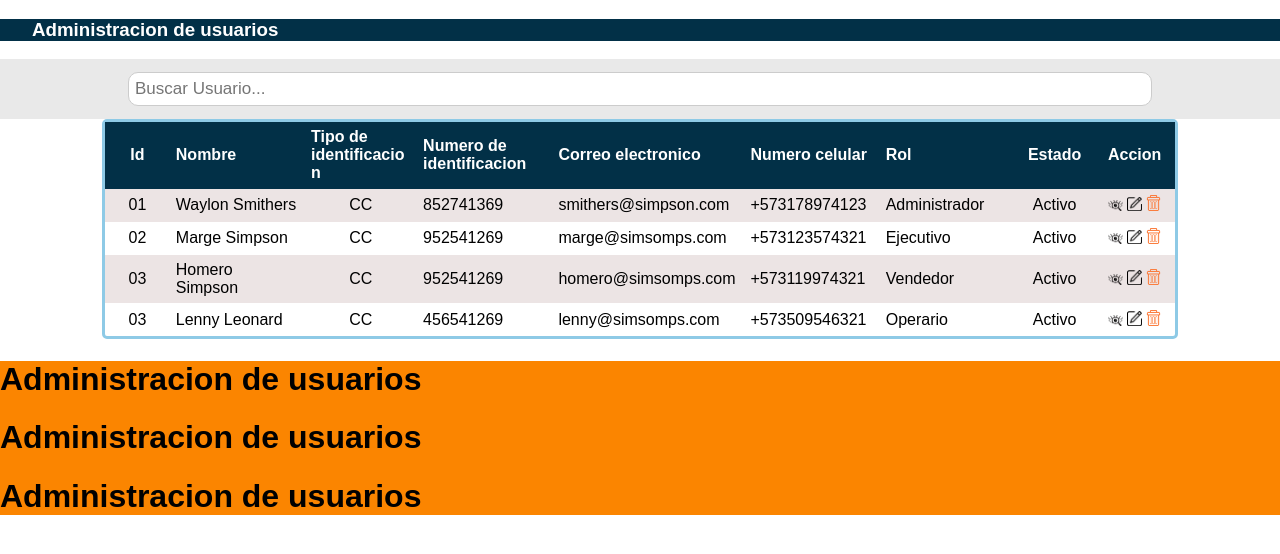
Repository: AlexanderBarona/Proyecto_Ciclo3_Mintic
Page: PaginaWeb/pages/admin_user.html
An editor plug-in stored every save of this project. The page is shown before and after the next save, followed by the edit.
The browser window is 1280 px wide. The pictures show the whole page.

Above is the page before, as saved 2021-09-30 14:49:51.

After the next save:
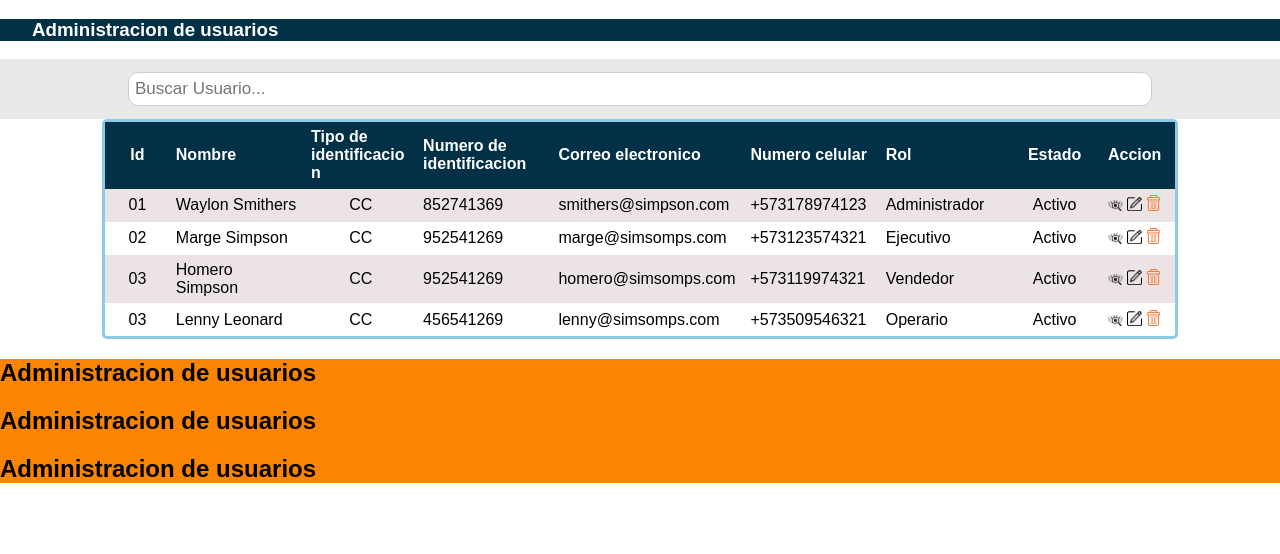
Saved 37 s later.
--- a/PaginaWeb/pages/admin_user.html
+++ b/PaginaWeb/pages/admin_user.html
@@ -149,9 +149,9 @@
       </main>
       <footer>
         <div>
-          <h1>Administracion de usuarios</h1>
-          <h1>Administracion de usuarios</h1>
-          <h1>Administracion de usuarios</h1>
+          <h2>Administracion de usuarios</h2>
+          <h2>Administracion de usuarios</h2>
+          <h2>Administracion de usuarios</h2>
         </div>
       </footer>
    </body>
